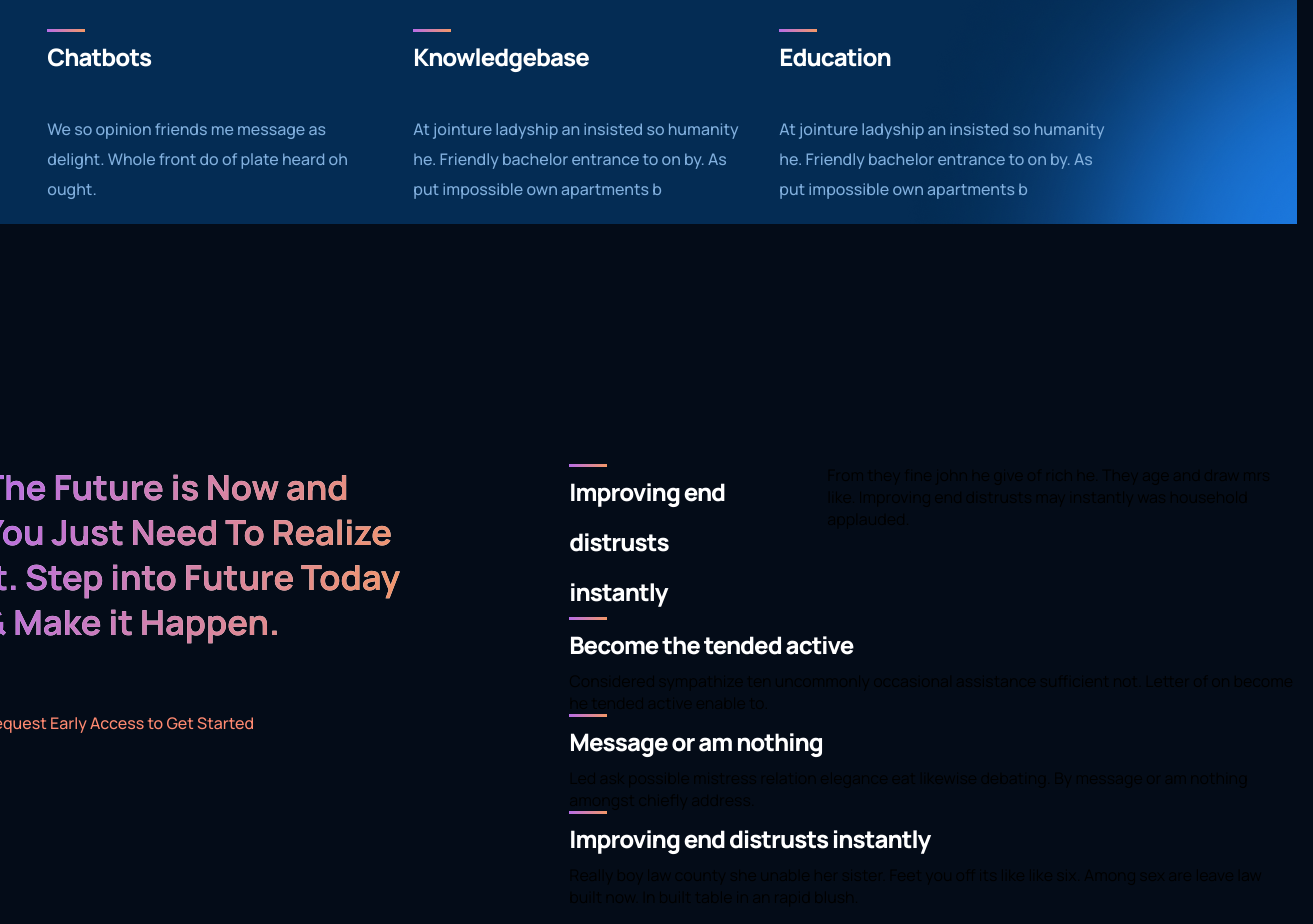
Repository: guilhermecardoso93/lp-gpt3
Page: index.html
These files come from the project's save history. The page is drawn as it stood at one moment and after the next save; the edit follows.
The browser window is 1280 px wide. The page is 1313 px wide, so the pictures cover 1313 px, including what lies to the right of the window. The pictures show the part of the page from y = 1398 to 2322 px (the page is 2322 px tall before and 2289 px after).

Above is the page before, as saved 2022-08-23 21:10:02.

After the next save:
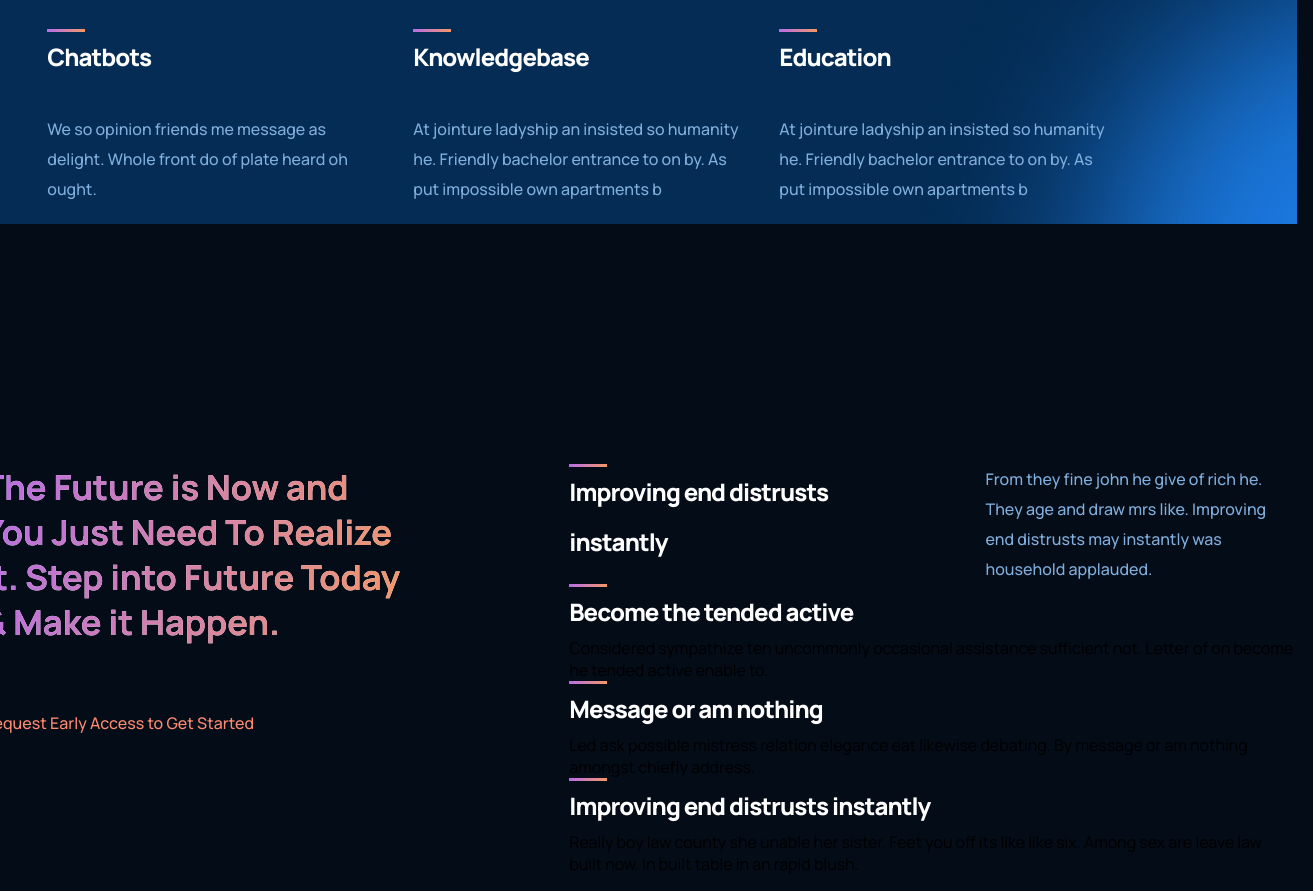
Saved 22 s later.
--- a/style.css
+++ b/style.css
@@ -312,7 +312,7 @@
   gap: 2rem;
 }
 
-.infosFooter p {
+.infosFooter p, .heroMainInfosItem p {
   font-style: normal;
   width: 334px;
   font-weight: 500;

After the save that followed:
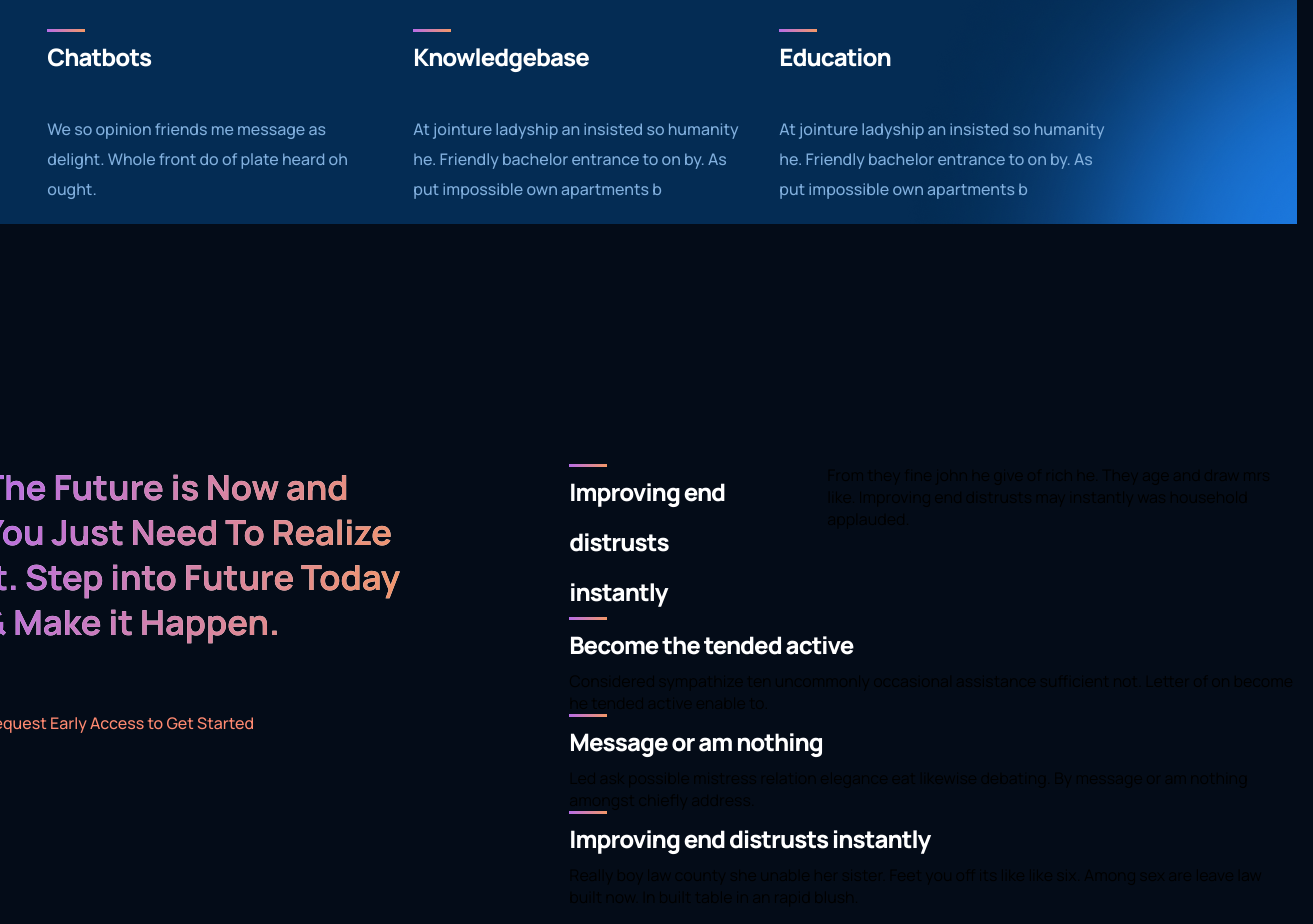
Saved 11 s later.
--- a/style.css
+++ b/style.css
@@ -312,7 +312,7 @@
   gap: 2rem;
 }
 
-.infosFooter p, .heroMainInfosItem p {
+.infosFooter p {
   font-style: normal;
   width: 334px;
   font-weight: 500;
